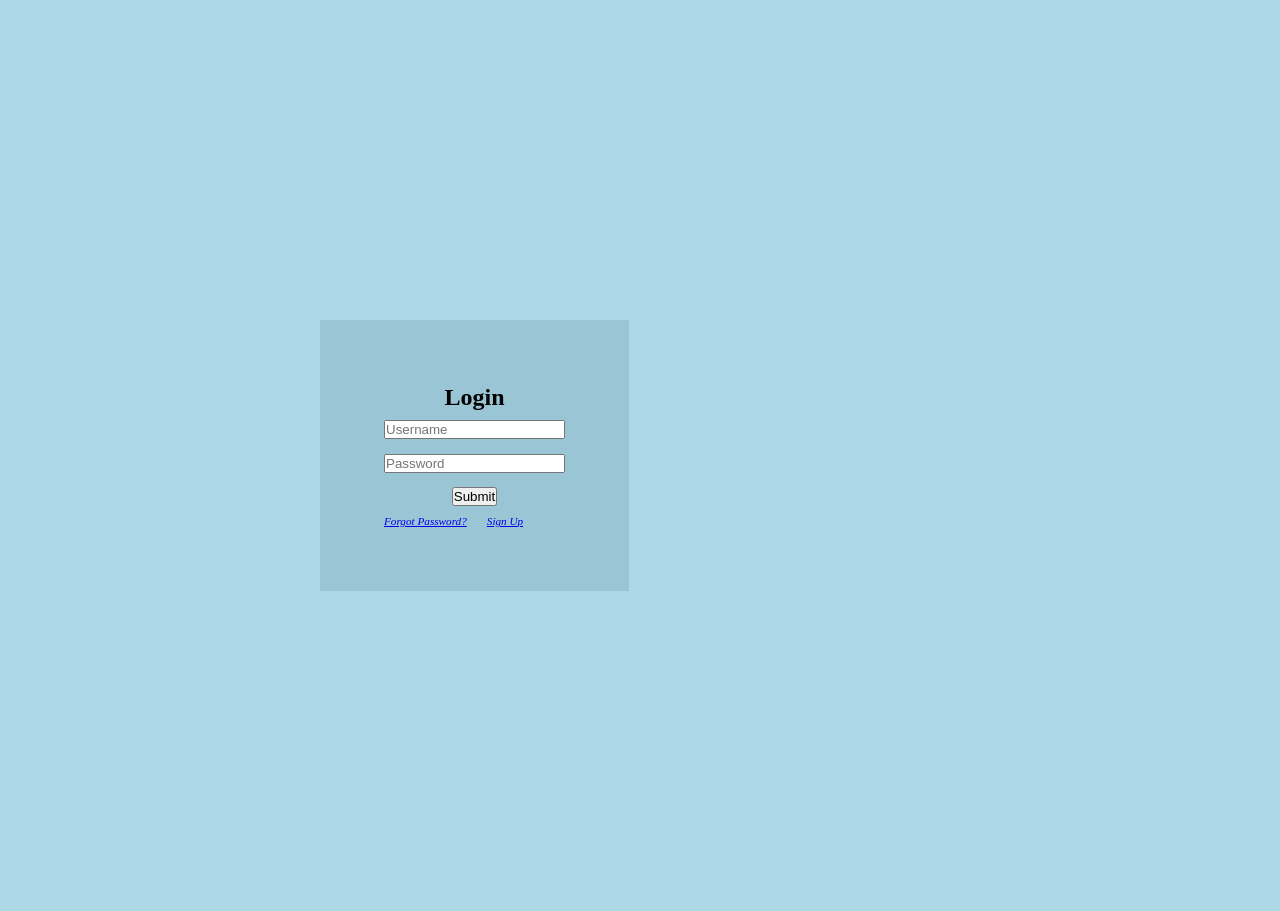
Repository: busra-kayaa/LoginPage
Page: login.html
The author's editor kept a copy of each file at every save. The page is drawn from the files as they stood at one save, then again after a run of saves.
The browser window is 1280 px wide. The pictures show the whole page.

Above is the page before, as saved 2023-12-29 10:19:36.

After the next 7 saves:
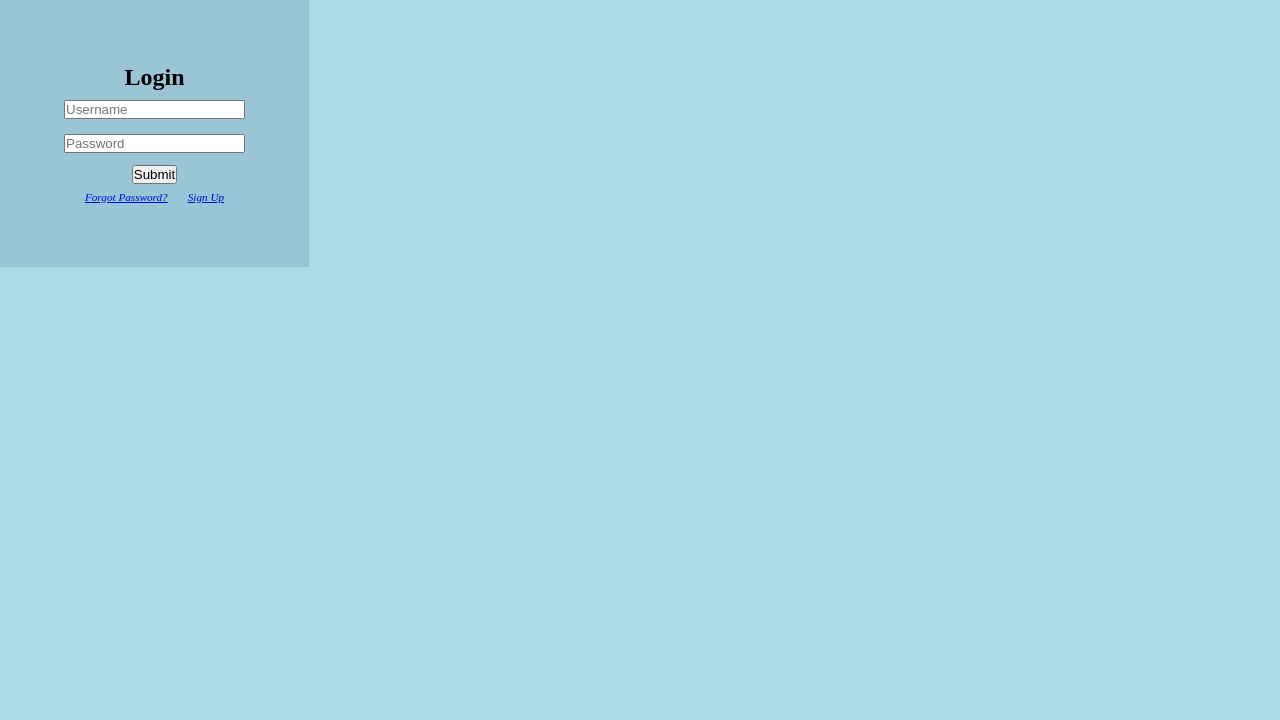
The 7 saves are shown as one change because they came seconds apart.
The last was saved 13 s later.
--- a/style.css
+++ b/style.css
@@ -16,9 +16,11 @@ body {
     background-color: rgb(153, 197, 212);
     display: flex;
     flex-direction: column;
+    justify-content: center;
+    align-items: center;
     text-align: center;
     padding: 5%;
-    margin: 25%;
+    margin: %;
 }
 .input-group {
     margin-top: 5%;
